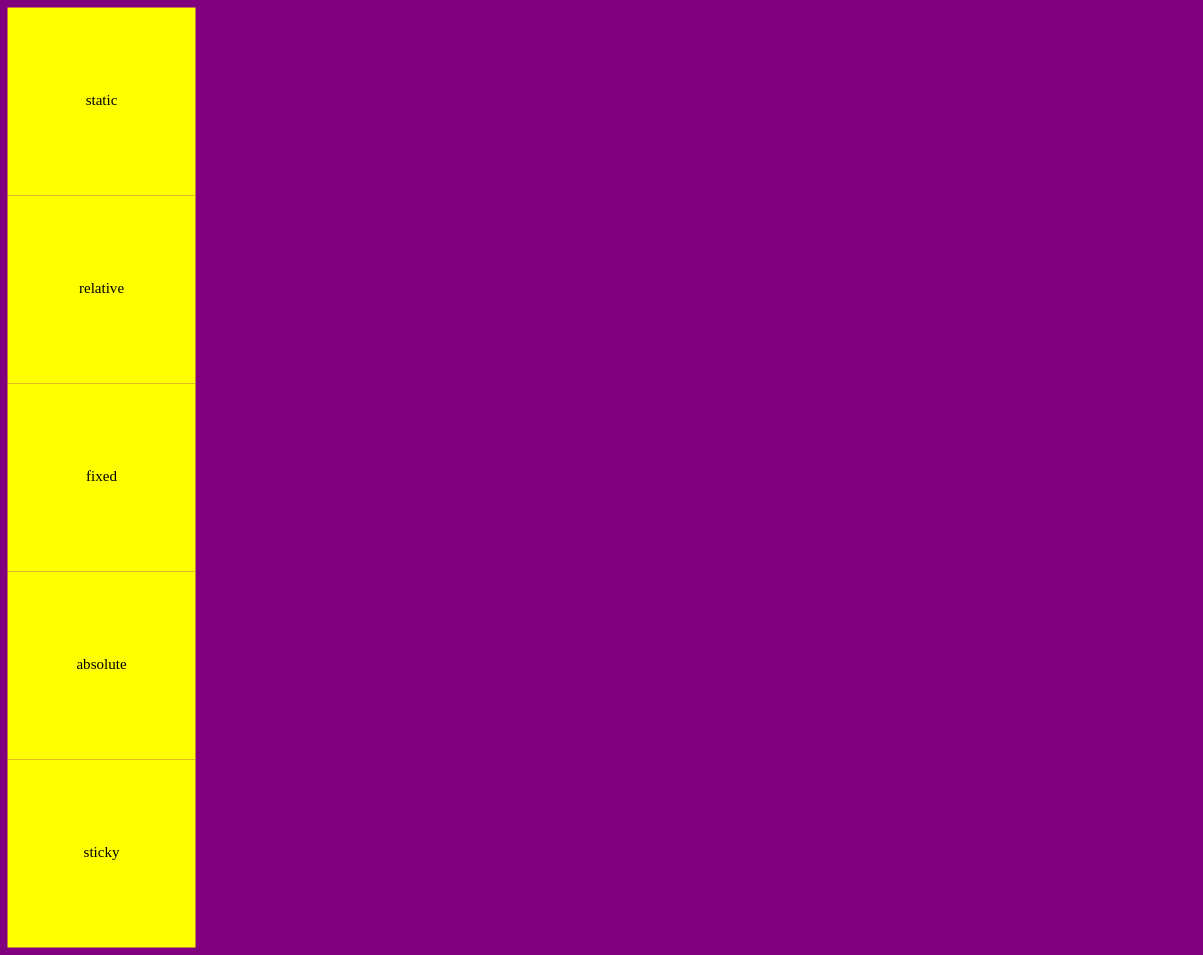
Repository: quenrythane/homepage
Page: CSS positions/CSS-positions.html
These files come from the project's save history. The page is drawn as it stood at one moment and after the next save; the edit follows.
The browser window is 1280 px wide. The pictures show the whole page, at 94% of full size.

Above is the page before, as saved 2020-10-10 14:23:10.

### CSS positions/CSS-positions.html
<!DOCTYPE html>
<html lang="en">
<head>
    <meta charset="UTF-8">
    <meta name="viewport" content="width=device-width, initial-scale=1.0">
    <title>CSS-positions</title>
    <link href="CSS-positions.css " rel="stylesheet" type="text/css">
</head>
<body >
    <div class="box">static</div>
    <div class="box">relative</div>
    <div class="box">fixed</div>
    <div class="box">absolute</div>
    <div class="box">sticky</div>

</body>
</html>

### CSS positions/CSS-positions.css
body {
    background: purple;
}

.box{
    box-sizing: border-box;
    background: yellow;
    width: 200px;
    height: 200px ;
    margin: 10px (50%-50px);
    text-align: center;
    padding-top: 90px;
}

After the next save:
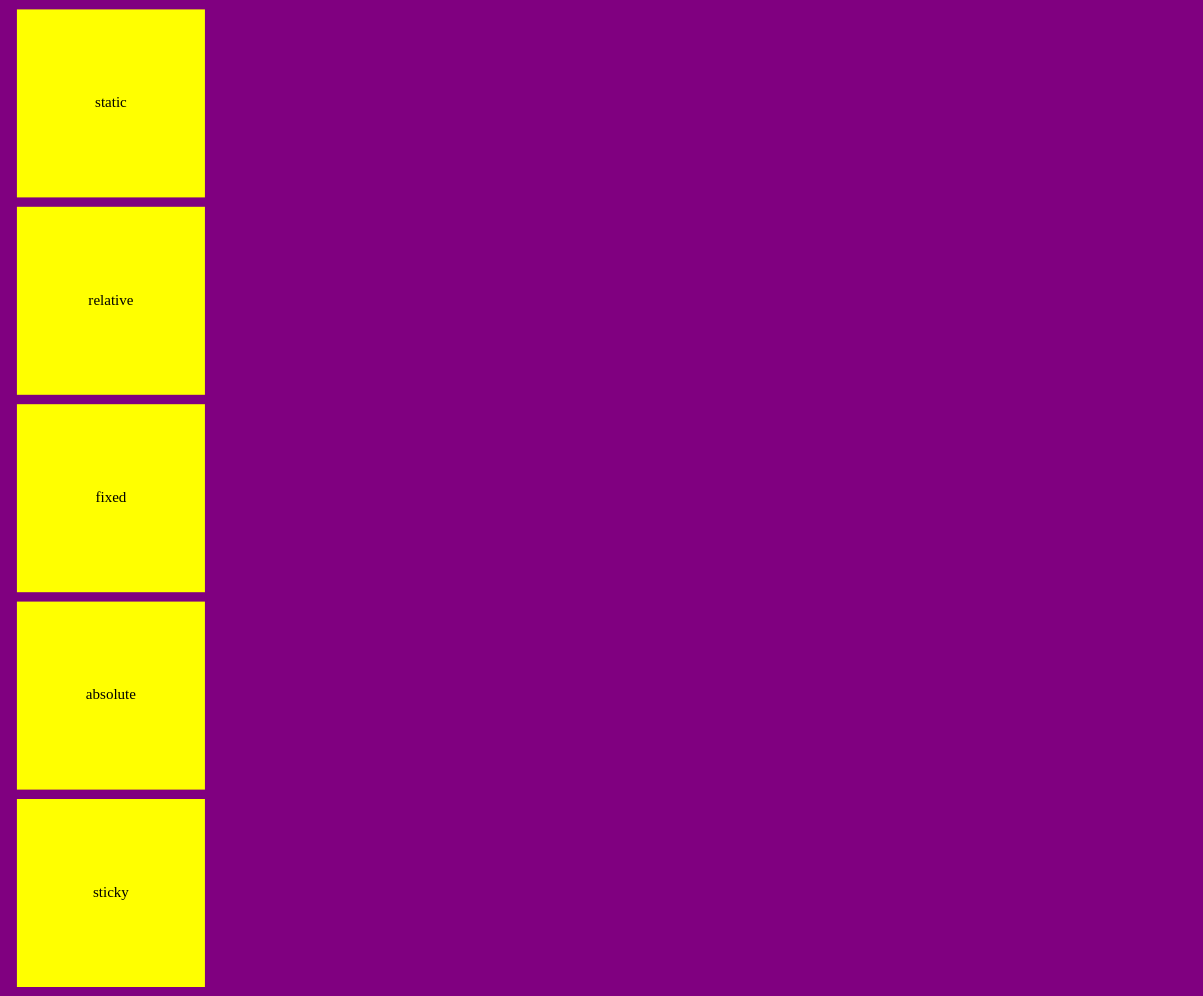
Saved 9 s later.
--- a/CSS positions/CSS-positions.css
+++ b/CSS positions/CSS-positions.css
@@ -7,7 +7,7 @@
     background: yellow;
     width: 200px;
     height: 200px ;
-    margin: 10px (50%-50px);
+    margin: 10px;
     text-align: center;
     padding-top: 90px;
 }
